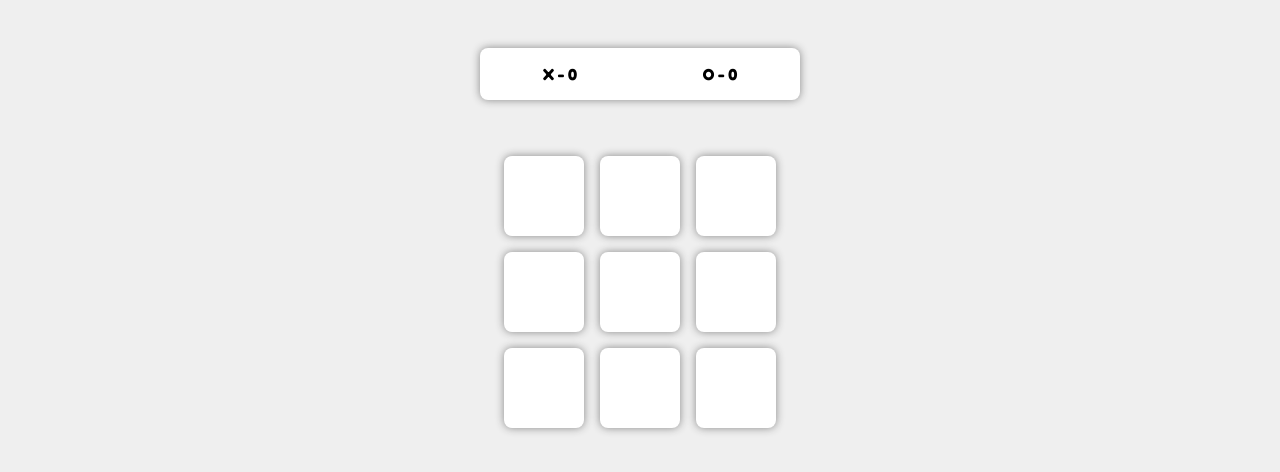
Repository: Seva2705/tic-tac-toe.github.io
Page: /
An editor plug-in stored every save of this project. The page is shown before and after a run of saves, followed by the edit.
The browser window is 1280 px wide. The pictures show the whole page.
The project was rebuilt for these pictures with package versions that can differ from the ones it lists, and the page was loaded fresh each time.

Above is the page before, as saved 2023-04-04 17:57:19.

After the next 3 saves:
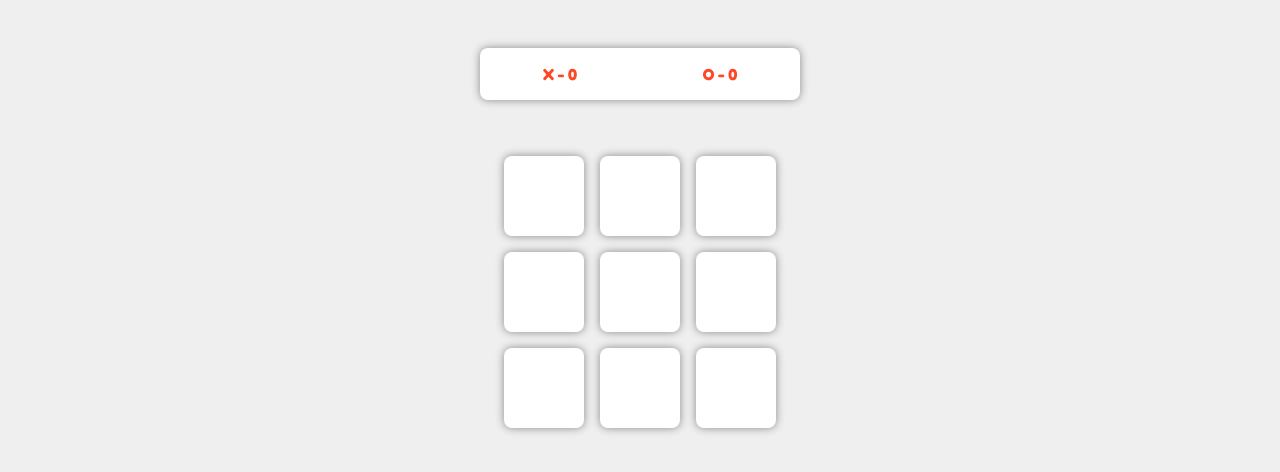
The 3 saves are shown as one change because they came seconds apart.
The last was saved 12 s later.
--- a/src/components/ScoreBoard.css
+++ b/src/components/ScoreBoard.css
@@ -19,5 +19,5 @@
 }
 
 .x-score {
-    color: rgb
+    color: rgb(255,70,37)
 }
